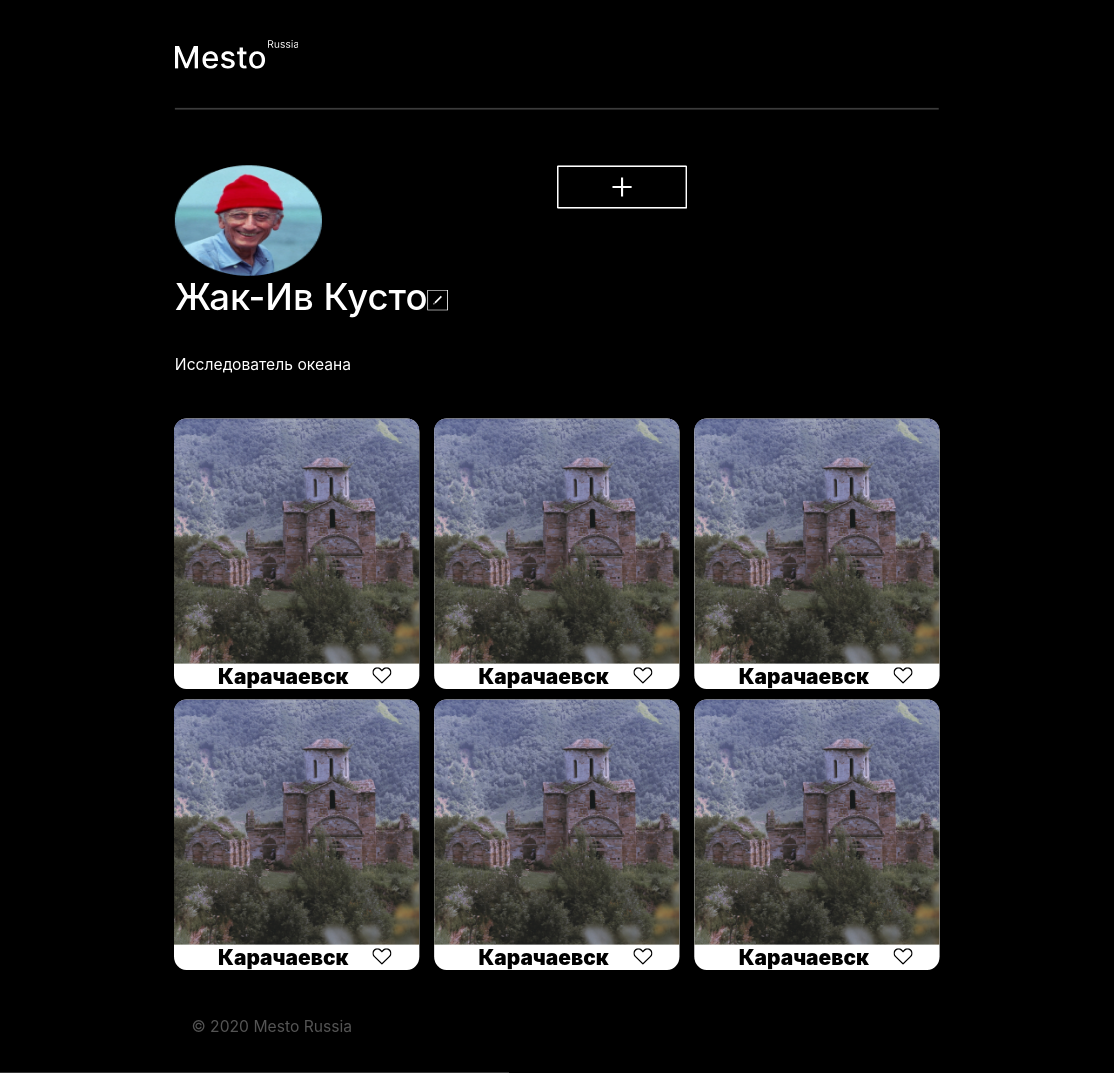
Repository: Ivan2399/mesto-project
Page: index.html
These files come from the project's save history. The page is drawn as it stood at one moment and after the next save; the edit follows.
The browser window is 1280 px wide. The pictures show the whole page, at 87% of full size.

Above is the page before, as saved 2021-11-16 18:34:09.

After the next save:
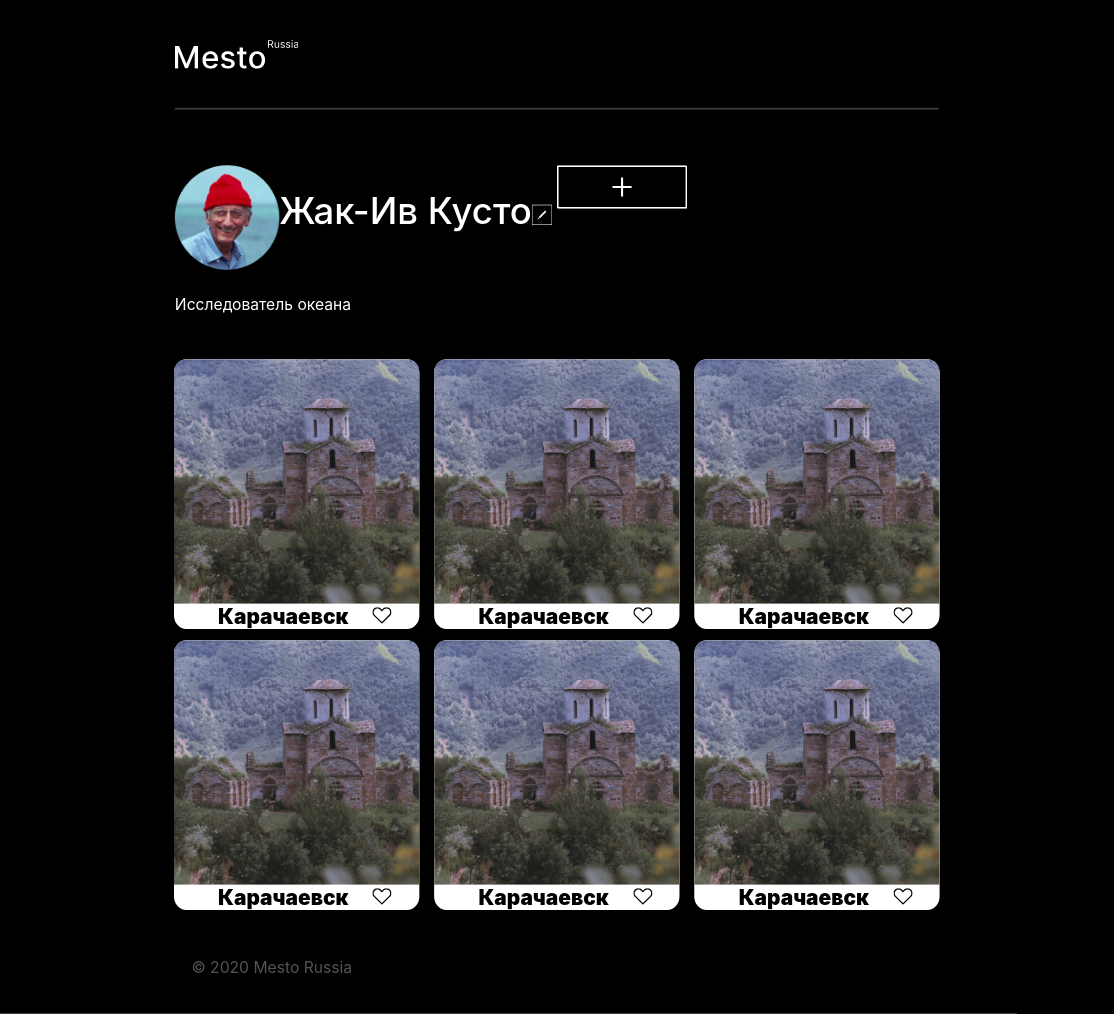
Saved 9 s later.
--- a/blocks/profile/__avatar/profile__avatar.css
+++ b/blocks/profile/__avatar/profile__avatar.css
@@ -1,5 +1,4 @@
 .profile__avatar{
-    width:168.75px;
-    height:127.5px;
+
     background-repeat: no-repeat;
 }
